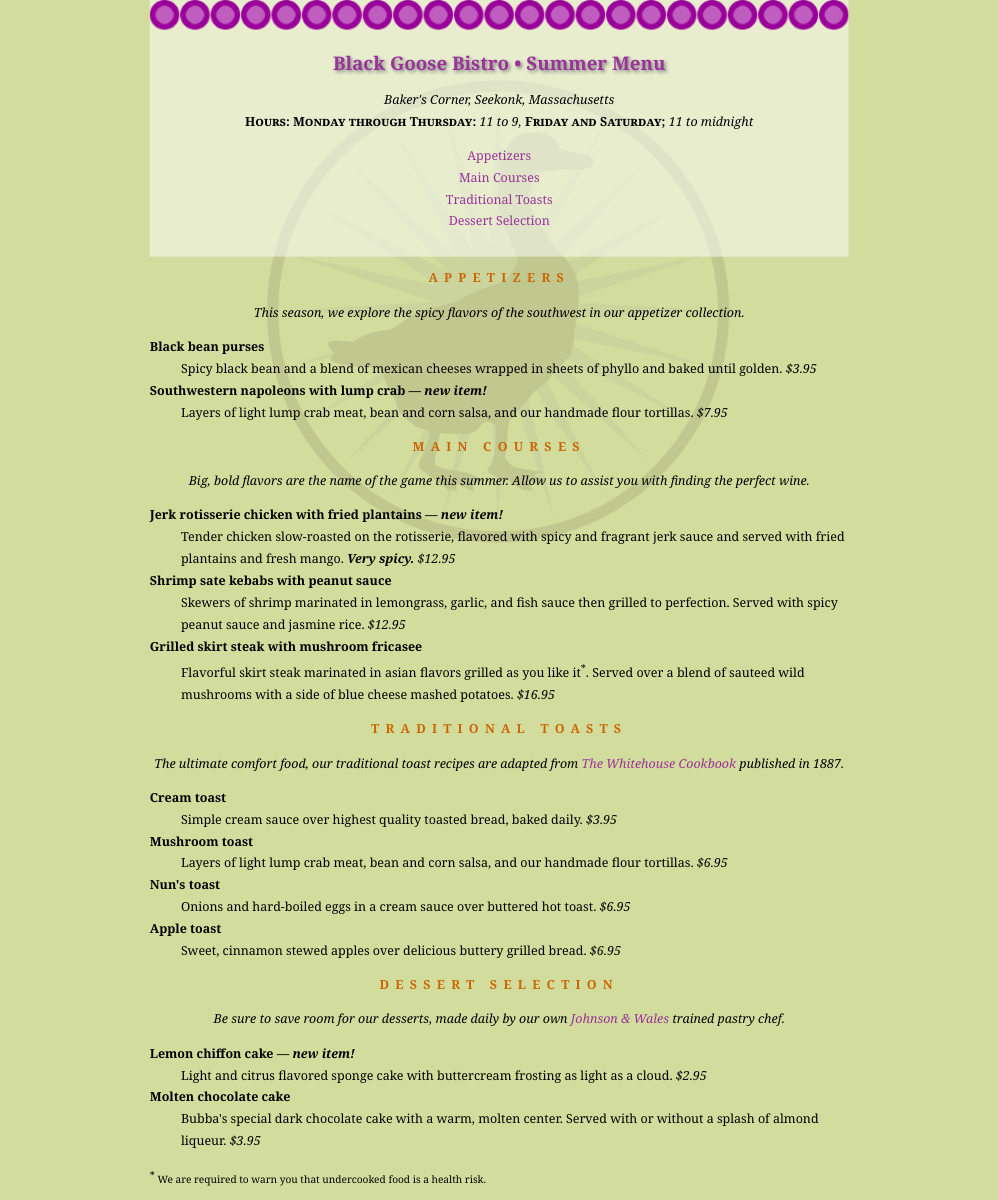
Repository: Colo-Codes/code-practice
Page: 02-css-practice-3.html
The author's editor kept a copy of each file at every save. The page is drawn from the files as they stood at one save, then again after the next save.
The browser window is 1280 px wide. The pictures show the whole page, at 78% of full size.
Backgrounds fixed to the window are drawn as part of the page. Some web fonts or font styles are not loaded; a fallback is used.

Above is the page before, as saved 2021-05-06 14:14:58.

### 02-css-practice-3.html
<!DOCTYPE html >
<html>

<head>
<meta charset="utf-8">
<title>Black Goose Bistro Summer Menu</title>
<link href='http://fonts.googleapis.com/css?family=Marko+One' rel='stylesheet' type='text/css'>
<style>
body {
  font-family: Georgia, serif;
  font-size: 100%;
  line-height: 175%;
  margin: 0 15% 0;
  background-color: #d2dc9d;
  /* background-image: url(./assets/img/bullseye.png);
  background-position: center 200px; */
  background-image: url(./assets/img/blackgoose.png);
  background-repeat: no-repeat;
  background-position: center 100px;
  background-attachment: fixed;
}
header {
  margin-top: 0;
  padding: 3em 1em 2em 1em;
  text-align: center;
  background-color: rgba(255, 255, 255, .5);
  background-image: url(./assets/img/purpledot.png);
  background-repeat: space no-repeat;
  background-position: center top;
}

/* For link, the order is important */
a {
  text-decoration: none;
  color: #939;
}
a:visited {
  color: #937393;
}
a:focus {
  color: #c700f2;
  background-color: #fff;
}
a:hover {
  color: #c700f2;
  background-color: #fff;
}
a:active {
  color: #f0f;
  background-color: rgba(255, 255, 255, .5);
}


h1 {
  font: bold 1.5em Georgia, serif;
  text-shadow: .1em .1em .2em gray;
  color: #939;
}
h2 {
  font-size: 1em;
  text-transform: uppercase;
  letter-spacing: .5em;
  text-align: center;
  color: #c60;
}
dt {
  font-weight: bold;
}
strong {
  font-style: italic;
}
ul {
	list-style-type: none;
	margin: 0;
	padding: 0;
}
#info p {
  font-style: italic;
}
.price {
  font-family: Georgia, serif;
  font-style: italic;
}
p.warning, sup {
  font-size: small;
}
.label {
  font-weight: bold;
  font-variant: small-caps;
  font-style: normal;
}

h2 + p {
  text-align: center;
  font-style: italic;
}


</style>
</head>

<body>

<header>
<h1>Black Goose Bistro &bull; Summer Menu</h1>

<div id="info">
<p>Baker's Corner, Seekonk, Massachusetts<br>
<span class="label">Hours: Monday through Thursday:</span> 11 to 9, <span class="label">Friday and Saturday;</span> 11 to midnight</p>
<ul>
<li><a href="#appetizers">Appetizers</a></li>
<li><a href="#entrees">Main Courses</a></li>
<li><a href="#toast">Traditional Toasts</a></li>
<li><a href="#dessert">Dessert Selection</a></li>
</ul>
</div>
</header>

<section id="appetizers">
<h2>Appetizers</h2>
<p>This season, we explore the spicy flavors of the southwest in our appetizer collection.</p>

<dl>
<dt>Black bean purses</dt>
<dd>Spicy black bean and a blend of mexican cheeses wrapped in sheets of phyllo and baked until golden. <span class="price">$3.95</span></dd>

<dt class="newitem">Southwestern napoleons with lump crab &mdash; <strong>new item!</strong></dt>
<dd>Layers of light lump crab meat, bean and corn salsa, and our handmade flour tortillas. <span class="price">$7.95</span></dd>
</dl>
</section>

<section id="entrees">

<h2>Main courses</h2>
<p>Big, bold flavors are the name of the game this summer. Allow us to assist you with finding the perfect wine.</p>


<dl>

<dt class="newitem">Jerk rotisserie chicken with fried plantains &mdash; <strong>new item!</strong></dt>
<dd>Tender chicken slow-roasted on the rotisserie, flavored with spicy and fragrant jerk sauce and served with fried plantains and fresh mango. <strong>Very spicy.</strong> <span class="price">$12.95</span></dd>

<dt>Shrimp sate kebabs with peanut sauce</dt>
<dd>Skewers of shrimp marinated in lemongrass, garlic, and fish sauce then grilled to perfection. Served with spicy peanut sauce and jasmine rice. <span class="price">$12.95</span></dd>

<dt>Grilled skirt steak with mushroom fricasee</dt>
<dd>Flavorful skirt steak marinated in asian flavors grilled as you like it<sup>*</sup>. Served over a blend of sauteed wild mushrooms with a side of blue cheese mashed potatoes. <span class="price">$16.95</span></dd>
</dl>

</section>

<section id="toast">
<h2>Traditional Toasts</h2>
<p>The ultimate comfort food, our traditional toast recipes are adapted from <a href="http://www.gutenberg.org/files/13923/13923-h/13923-h.htm"><cite>The Whitehouse Cookbook</cite></a> published in 1887.</p>

<dl>
<dt>Cream toast</dt>
<dd>Simple cream sauce over highest quality toasted bread, baked daily. <span class="price">$3.95</span></dd>

<dt>Mushroom toast</dt>
<dd>Layers of light lump crab meat, bean and corn salsa, and our handmade flour tortillas. <span class="price">$6.95</span></dd>

<dt>Nun's toast</dt>
<dd>Onions and hard-boiled eggs in a cream sauce over buttered hot toast. <span class="price">$6.95</span></dd>

<dt>Apple toast</dt>
<dd>Sweet, cinnamon stewed apples over delicious buttery grilled bread. <span class="price">$6.95</span></dd>
</dl>
</section>

<section id="dessert">
<h2>Dessert Selection</h2>
<p>Be sure to save room for our desserts, made daily by our own <a href="http://www.jwu.edu/college.aspx?id=19510">Johnson & Wales</a> trained pastry chef.</p>

<dl>
<dt class="newitem">Lemon chiffon cake &mdash; <strong>new item!</strong></dt>
<dd>Light and citrus flavored sponge cake with buttercream frosting as light as a cloud. <span class="price">$2.95</span></dd>

<dt class="newitem">Molten chocolate cake</dt>
<dd>Bubba's special dark chocolate cake with a warm, molten center. Served with or without a splash of almond liqueur. <span class="price">$3.95</span></dd>
</dl>
</section>

<footer>
<p class="warning"><sup>*</sup> We are required to warn you that undercooked food is a health risk.</p>
</footer>

</body>
</html>

After the next save:
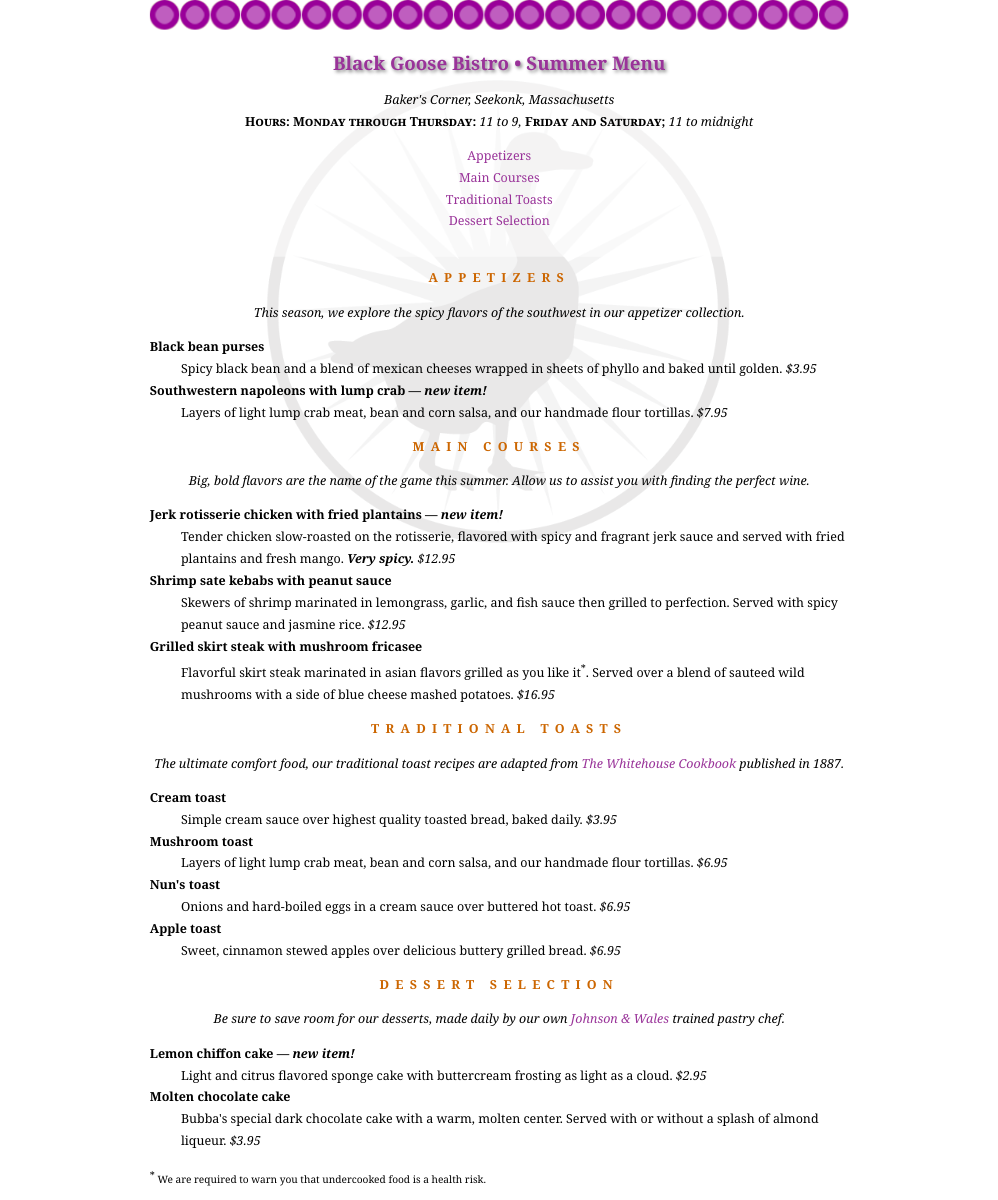
Saved 22 min 40 s later.
--- a/02-css-practice-3.html
+++ b/02-css-practice-3.html
@@ -14,10 +14,11 @@
   background-color: #d2dc9d;
   /* background-image: url(./assets/img/bullseye.png);
   background-position: center 200px; */
-  background-image: url(./assets/img/blackgoose.png);
+  /* background-image: url(./assets/img/blackgoose.png);
   background-repeat: no-repeat;
   background-position: center 100px;
-  background-attachment: fixed;
+  background-attachment: fixed; */
+  background: url(./assets/img/blackgoose.png) no-repeat center 100px fixed;
 }
 header {
   margin-top: 0;

After the save that followed:
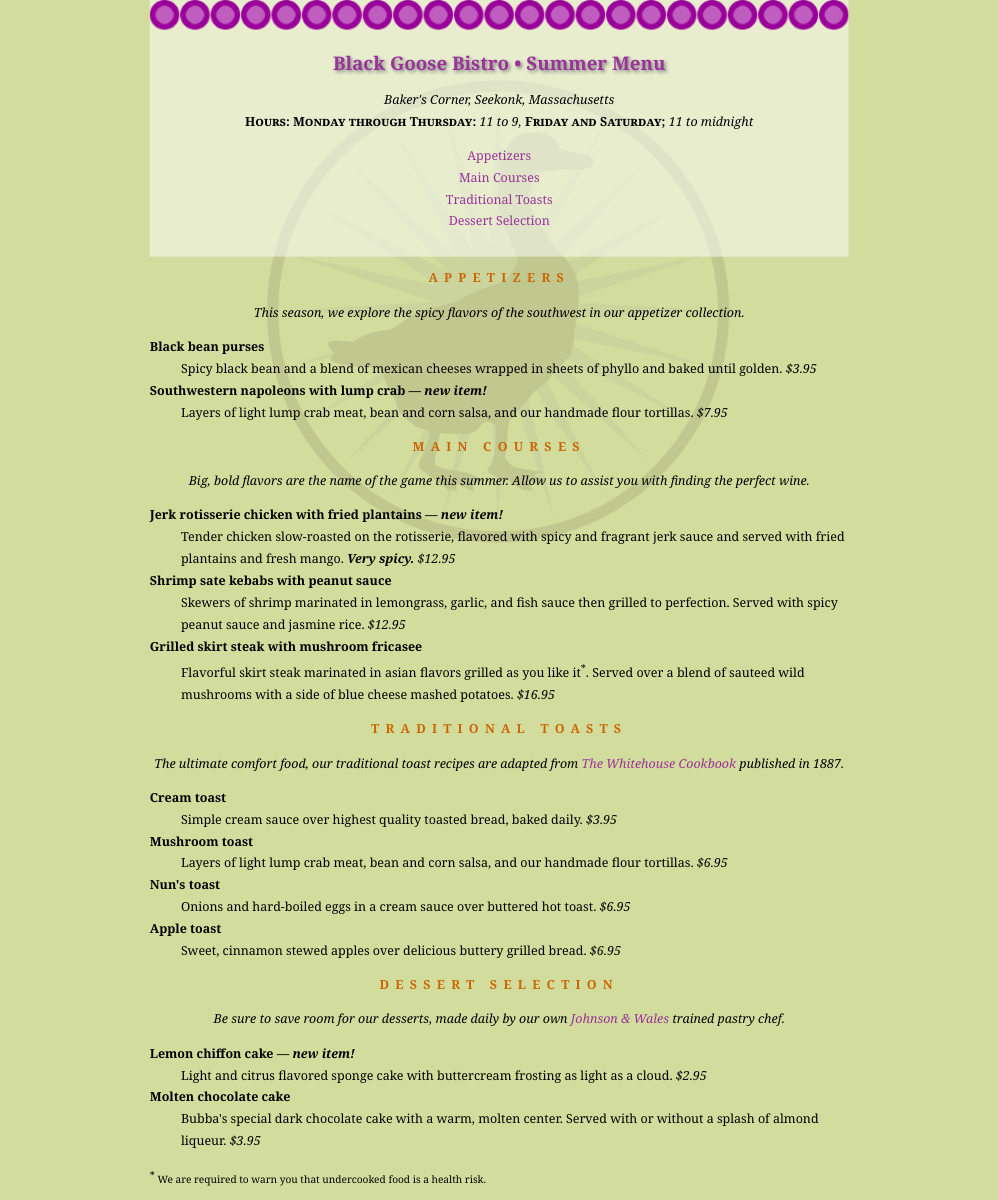
Saved 32 s later.
--- a/02-css-practice-3.html
+++ b/02-css-practice-3.html
@@ -11,14 +11,14 @@
   font-size: 100%;
   line-height: 175%;
   margin: 0 15% 0;
-  background-color: #d2dc9d;
+  /* background-color: #d2dc9d; */
   /* background-image: url(./assets/img/bullseye.png);
   background-position: center 200px; */
   /* background-image: url(./assets/img/blackgoose.png);
   background-repeat: no-repeat;
   background-position: center 100px;
   background-attachment: fixed; */
-  background: url(./assets/img/blackgoose.png) no-repeat center 100px fixed;
+  background: url(./assets/img/blackgoose.png) no-repeat center 100px fixed #d2dc9d;
 }
 header {
   margin-top: 0;
